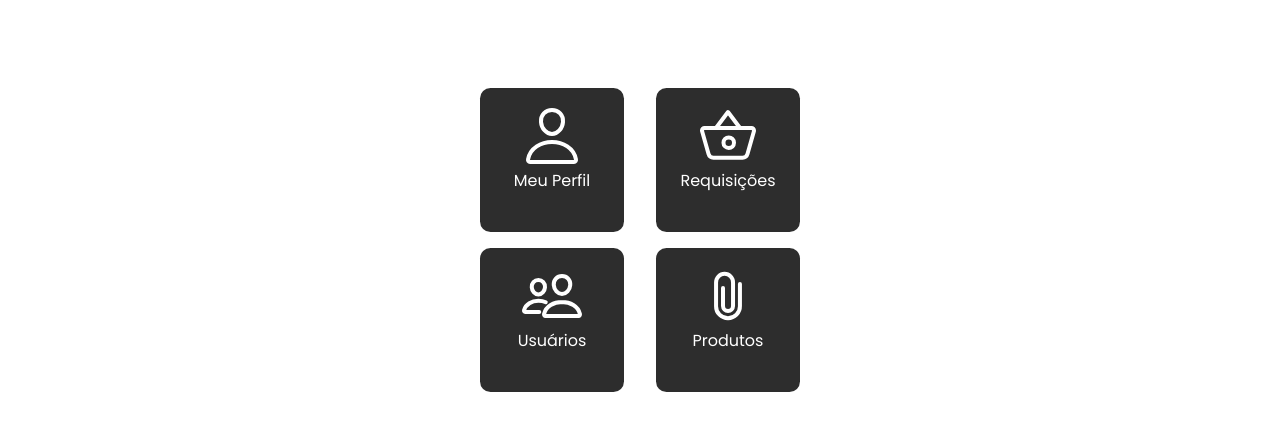
Repository: BeatrizFloriano96/myPagesSpeedLog
Page: html/usuarios.html
An editor plug-in stored every save of this project. The page is shown before and after the next save, followed by the edit.
The browser window is 1280 px wide. The pictures show the whole page.

Above is the page before, as saved 2022-01-29 12:46:45.

### html/usuarios.html
<link rel="stylesheet" href="../css/usuarios.css">

<body>

    <section>
        <!--início ícones principais-->
        <div id="icones-principais">

            <!--início box 1-->
            <div class="box">
                <div class="icones">
                    <div>
                        <a href="/perfil">
                            <ion-icon class="icon" name="person-outline"></ion-icon>
                        </a>
                    </div>
                    <p>Meu Perfil</p>
                </div>
                <div class="icones">
                    <div>
                        <a href="/usuarios">
                            <ion-icon class="icon" name="people-outline"></ion-icon>
                        </a>
                    </div>
                    <p>Usuários</p>
                </div>
            </div>
            <!--Fim box 1-->

            <!--início box 2-->
            <div class="box">
                <div class="icones">
                    <div>
                        <a href="/requisicoes">
                            <ion-icon class="icon" name="basket-outline"></ion-icon>
                        </a>
                    </div>
                    <p>Requisições</p>
                </div>
                <div class="icones">
                    <div>
                        <a href="/produtos">
                            <ion-icon class="icon" name="attach-outline"></ion-icon>
                        </a>
                    </div>
                    <p>Produtos</p>
                </div>
            </div>
            <!--Fim box 2-->


        </div>
        <!--Final ícones principais-->

        <script type="module" src="https://unpkg.com/ionicons@5.5.2/dist/ionicons/ionicons.esm.js"></script>
        <script nomodule src="https://unpkg.com/ionicons@5.5.2/dist/ionicons/ionicons.js"></script>
    </section>




</body>

### css/usuarios.css
@import url('https://fonts.googleapis.com/css2?family=Poppins:wght@100;200;300;400;500;600;700&display=swap');
@import url('https://fonts.googleapis.com/css2?family=Patrick+Hand&display=swap');

*{
    padding: 0;
    margin: 0;
    box-sizing: border-box;
    border: none;
    font-family: 'Poppins'
}

#icones-principais {
    margin-top: 10vh;
    max-width: 75vh;
    margin-right: auto;
    margin-left: auto;
    display: flex;
    flex-wrap: wrap;
    justify-content: center;
    }

p, a {
    color: white;

}

.icones a {
    font-size: 4rem;
}


.icones{
    background-color:#2d2d2d;
    min-height: 20vh;
    min-width: 20vh;
    margin: 1rem;
    padding: 1rem;
    border-radius: 10.5px;
    text-align: center;

}

After the next save:
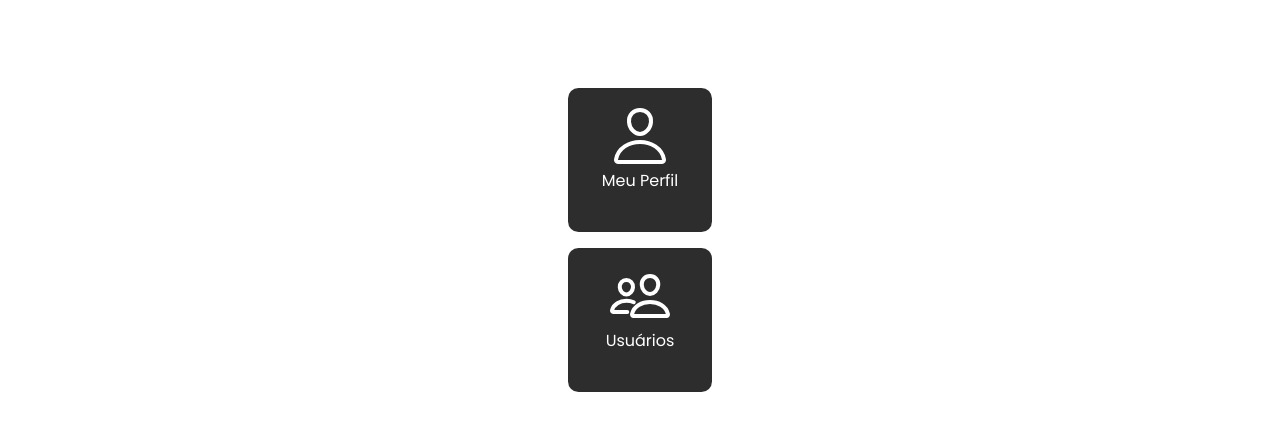
Saved 11 s later.
--- a/html/usuarios.html
+++ b/html/usuarios.html
@@ -27,26 +27,7 @@
             </div>
             <!--Fim box 1-->
 
-            <!--início box 2-->
-            <div class="box">
-                <div class="icones">
-                    <div>
-                        <a href="/requisicoes">
-                            <ion-icon class="icon" name="basket-outline"></ion-icon>
-                        </a>
-                    </div>
-                    <p>Requisições</p>
-                </div>
-                <div class="icones">
-                    <div>
-                        <a href="/produtos">
-                            <ion-icon class="icon" name="attach-outline"></ion-icon>
-                        </a>
-                    </div>
-                    <p>Produtos</p>
-                </div>
-            </div>
-            <!--Fim box 2-->
+
 
 
         </div>
